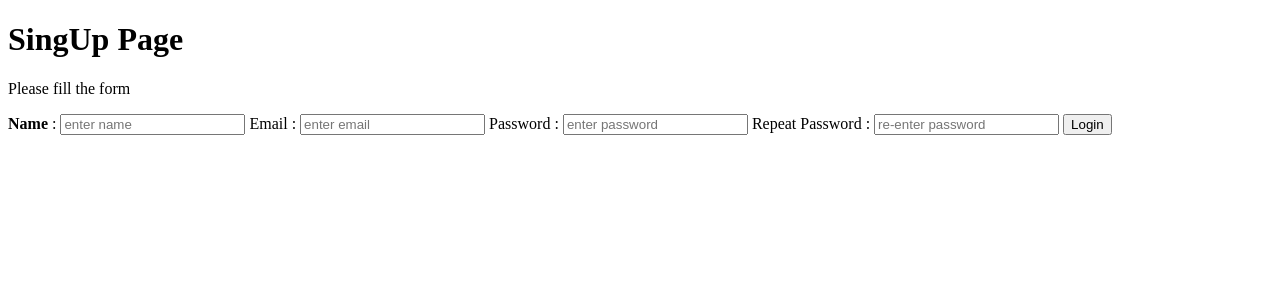
Repository: Altafalinadaf/SimpleProjects
Page: servletDemo10/src/main/webapp/index10.html
The author's editor kept a copy of each file at every save. The page is drawn from the files as they stood at one save, then again after the next save.
The browser window is 1280 px wide. The pictures show the whole page.

Above is the page before, as saved 2023-10-31 18:21:36.

After the next save:
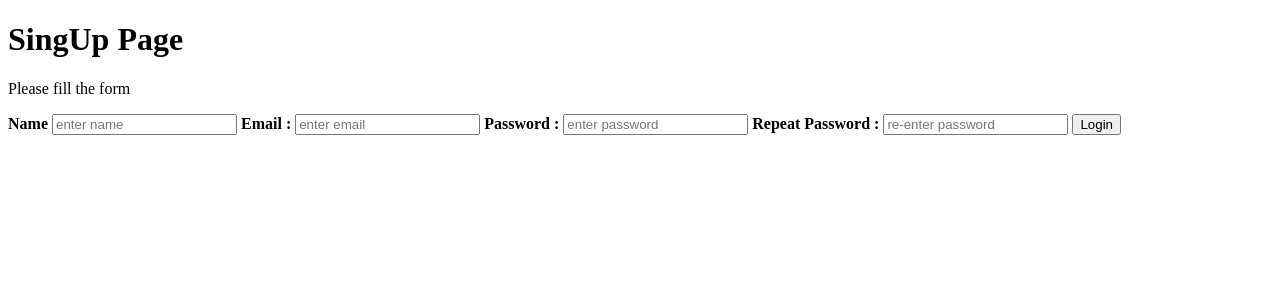
Saved 3 min 7 s later.
--- a/servletDemo10/src/main/webapp/index10.html
+++ b/servletDemo10/src/main/webapp/index10.html
@@ -7,25 +7,27 @@
 </head>
 
 <body>
-	<h1>SingUp Page </h1>
-	<p>Please fill the form </p>
 	<form action="login" method="post">
-		<field set>
+		<div class="container">
+			<h1>SingUp Page </h1>
+			<p>Please fill the form </p>
 
-			<label for="name"><b>Name </b> : <label>
-			<input type="text" name="name" placeholder="enter name" required/>
+			<field set>
 
-			<label for="email">Email : </label>
-			<input type="text" name="email" placeholder="enter email" required/>
+				<label for="name"><b>Name </b> <label>
+						<input type="text" name="name" placeholder="enter name" required />
 
-			<label for="password">Password : </label>
-			<input type="password" name="pass" placeholder="enter password" required/>
+						<label for="email"><b>Email :</b> </label>
+						<input type="text" name="email" placeholder="enter email" required />
 
-			<label for="password">Repeat Password : </label>
-			<input type="password" name="pass2" placeholder="re-enter password" required/>
+						<label for="password"><b>Password :</b></label>
+						<input type="password" name="pass" placeholder="enter password" required />
 
-			<input type="submit" value="Login"/>
-		</field>
+						<label for="password"><b>Repeat Password : </b></label>
+						<input type="password" name="pass2" placeholder="re-enter password" required />
+
+						<input type="submit" value="Login" />
+			</field>
 	</form>
 
 </body>
